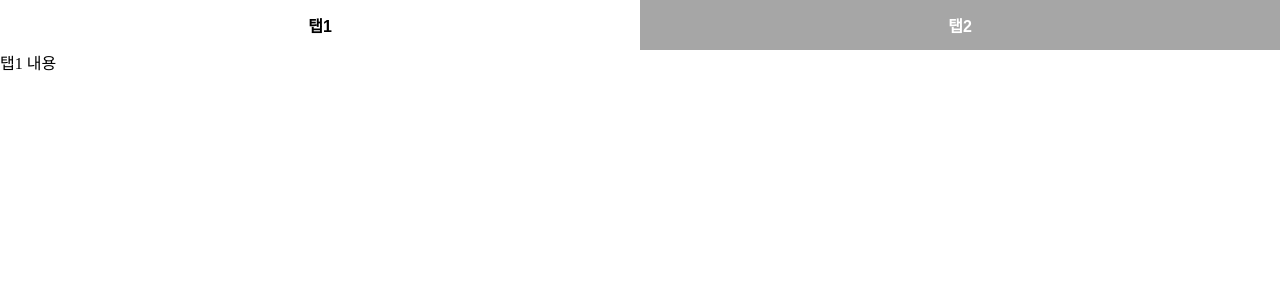
Repository: Axing00/JS_TAB_MENU
Page: tab2/index.html
These files come from the project's save history. The page is drawn as it stood at one moment and after the next save; the edit follows.
The browser window is 1280 px wide. The pictures show the whole page.

Above is the page before, as saved 2023-03-17 14:28:21.

### tab2/index.html
<!DOCTYPE html>
<html lang="ko">

<head>
	<meta charset="UTF-8">
	<meta http-equiv="X-UA-Compatible" content="IE=edge">
	<meta name="viewport" content="width=device-width, initial-scale=1.0">
	<link rel="stylesheet" href="./style.css">
	<title>Document</title>
</head>

<body>
	<div id="wrap">
		<div class="tab">
			<button class="tablinks active" onclick="openTab(event, 'tab1')">탭1</button>
			<button class="tablinks" onclick="openTab(event, 'tab2')">탭2</button>
		</div>

		<div id="tab1" class="tabcontent" style="display: block;"> 탭1 내용</div>
		<div id="tab2" class="tabcontent" style="display: none;"> 탭2 내용</div>
	</div>

	<script>
		function openTab(evt, tabName) {
			var i, tabcontent, tablinks;
			tabcontent = document.getElementsByClassName("tabcontent"); // 컨텐츠를 불러옵니다.
			for (i = 0; i < tabcontent.length; i++) {
				tabcontent[i].style.display = "none"; //컨텐츠를 모두 숨깁니다.
			}
			tablinks = document.getElementsByClassName("tablinks"); //탭을 불러옵니다.
			for (i = 0; i < tablinks.length; i++) {
				tablinks[i].className = tablinks[i].className.replace(" active", ""); //탭을 초기화시킵니다.
			}
			document.getElementById(tabName).style.display = "block"; //해당되는 컨텐츠만 보여줍니다.
			evt.currentTarget.className += " active"; //클릭한 탭을 활성화시킵니다.
		}
	</script>
</body>

</html>

### tab2/style.css
* {
	margin: 0;
	padding: 0;
}

li {
	list-style-type: none;
}

a:link,
a:visited {
	text-decoration: none;
}

img {
	border: none;
}

header,
section,
nav,
footer {
	display: block;
}





.tab {
	width: 100%;
	height: 50px;
}

.tablinks {
	float: left;
	width: 50%;
	height: 100%;
	border: none;
	outline: none;
	font-size: 16px;
	font-weight: bold;
	color: #fff;
	background-color: #a6a6a6;
}

.tablinks.active {
	color: #000;
	background-color: #fff;
}

.tabcontent {
	width: 100%;
}

After the next save:
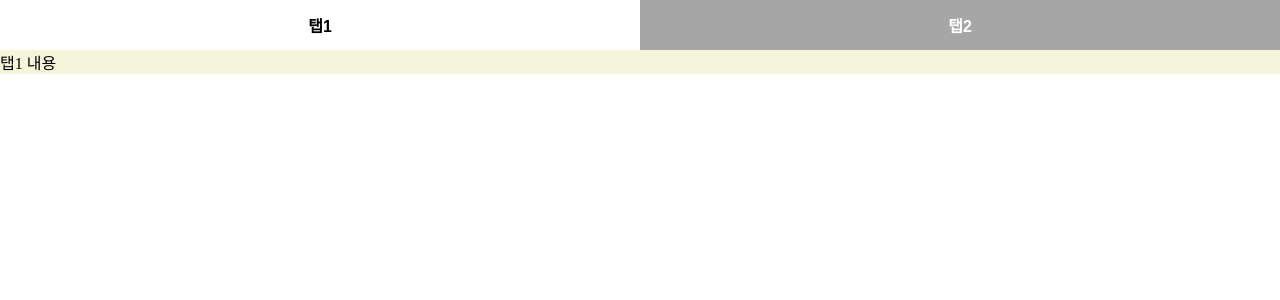
Saved 7 s later.
--- a/tab2/style.css
+++ b/tab2/style.css
@@ -51,4 +51,5 @@ footer {
 
 .tabcontent {
 	width: 100%;
+	background-color: beige;
 }
